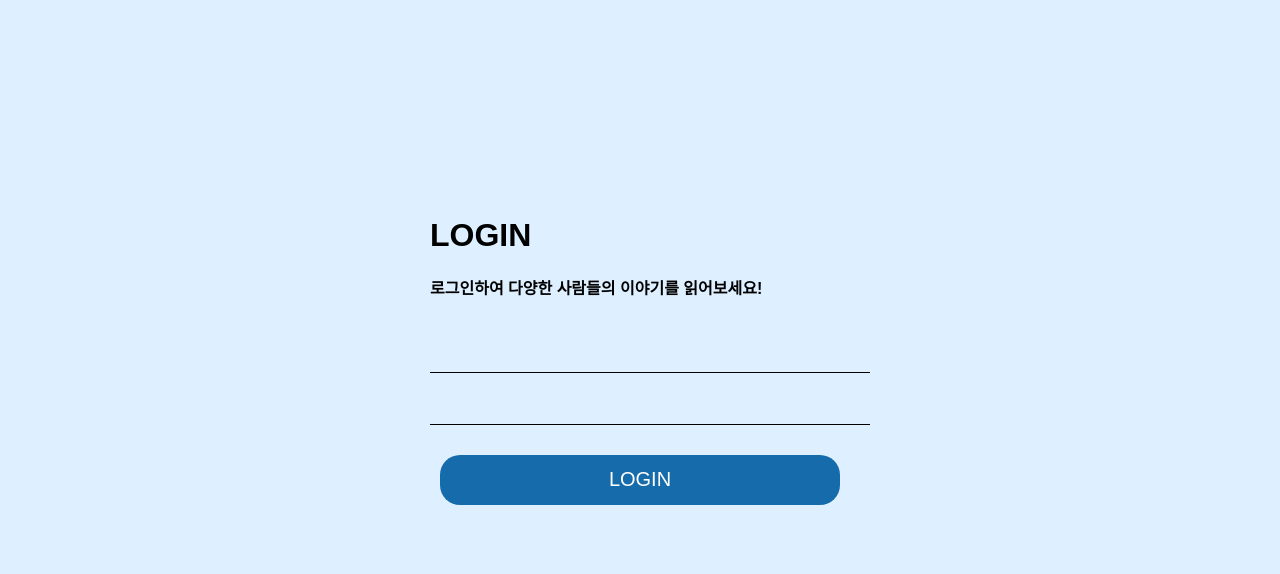
Repository: CISXO/JSP
Page: http://localhost/DB_Project/Login.jsp
An editor plug-in stored every save of this project. The page is shown before and after the next save, followed by the edit.
The browser window is 1280 px wide. The pictures show the whole page.
The page is served by Tomcat 9.

Above is the page before, as saved 2022-12-18 04:14:52.

After the next save:
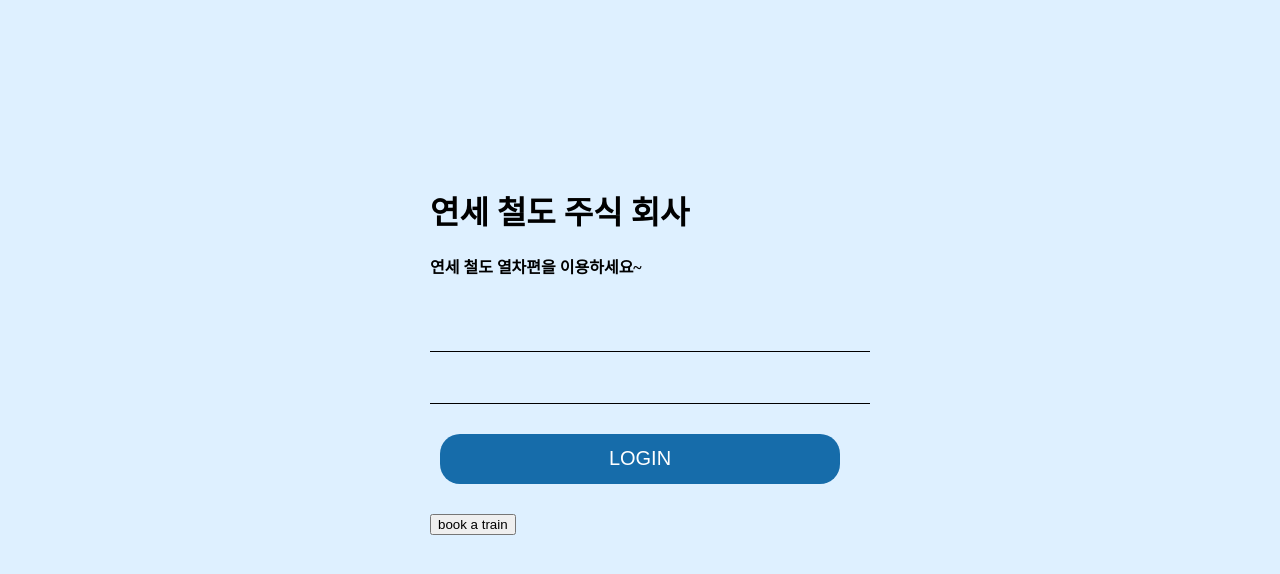
Saved 6 min 4 s later.
--- a/DbProject/DB_Project/src/main/webapp/Login.jsp
+++ b/DbProject/DB_Project/src/main/webapp/Login.jsp
@@ -9,7 +9,6 @@
 <style>
 body {
     background-color: #def0ff;
-    font-family: 'Noto Sans KR', sans-serif;
     display: flex;
     justify-content: center;
     align-items: center;
@@ -50,9 +49,9 @@ input {
 </style>
 <body>
     <div class="loginSection">
-        <h1 class="loginTitle">LOGIN</h1>
+        <h1 class="loginTitle">연세 철도 주식 회사</h1>
         <h4 class="loginGuide">
-            로그인하여 다양한 사람들의 이야기를 읽어보세요!
+        연세 철도 열차편을 이용하세요~
         </h4>
         <form class="loginForm" action="login_result.jsp" method = "get">
             <div class="idBox">
@@ -65,6 +64,10 @@ input {
                 <button id="loginButton" type="submit">LOGIN</button>
             </div>
         </form>
+        <form class="user" action="train_book.jsp">
+        <div  class="loginButtonBox">
+        <button>book a train</button></div>
+        </form>
     </div>
 
 </body>
